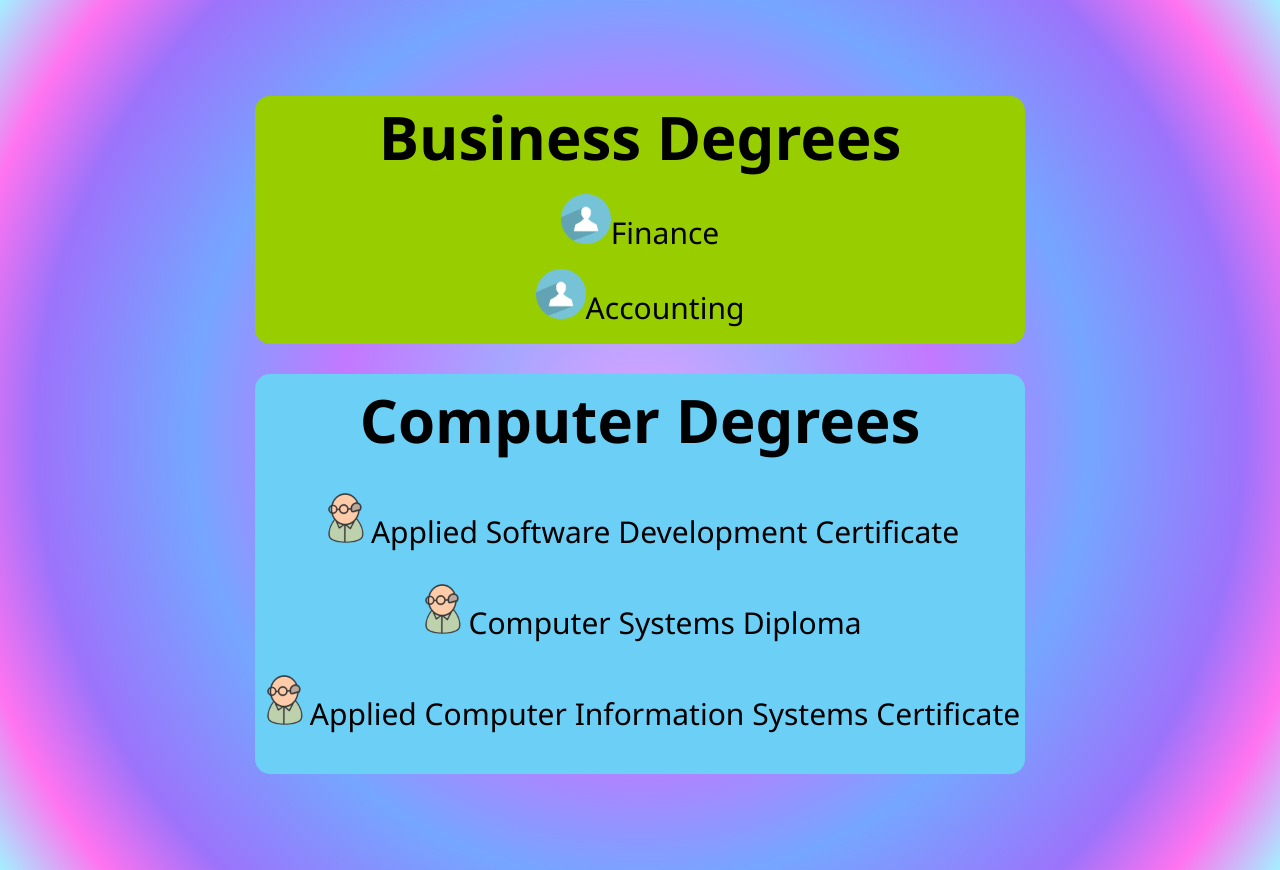
Repository: NeemaToto/mdia2109week3
Page: /
An editor plug-in stored every save of this project. The page is shown before and after the next save, followed by the edit.
The browser window is 1280 px wide. The pictures show the whole page.
The project was rebuilt for these pictures with package versions that can differ from the ones it lists, and the page was loaded fresh each time. The framework's server and built-in components were replaced by stand-ins that run in the browser. Also part of the build but not shown: next.config.js.

Above is the page before, as saved 2023-01-19 20:24:23.

### pages/index.js
import Head from 'next/head'
import Image from 'next/image'
import { Inter } from '@next/font/google'
import styles from '@/styles/Home.module.css'
import data from '../data/education.json'
import { useState } from 'react'
import Card from '../components/card'
import Link from 'next/link'

const inter = Inter({ subsets: ['latin'] })

export default function Home() {
  console.log(data);
  const [information, setInformation] = useState([...data]);

  return (
    <>
      <Head>
        <title>Departments of School</title>
        <meta name="description" content="Generated by create next app" />
        <meta name="viewport" content="width=device-width, initial-scale=1" />
        <link rel="icon" href="/degree-icon.png" />
      </Head>
      <main className={styles.main}>
        <div className={styles.degrees}>
          <div className={styles.businessContainer}>
            <h1 className={styles.h1business}>Business Degrees</h1>
            {
              information && information.map((info, index) => {
                if (info.department === "Business") {
                  return (
                    <Card key={index} degree={info.degree} colour="#98CE00" font="30px" />
                  )
                }
              })
            }
          </div>
          <div className={styles.computerContainer}>
            <h1>Computer Degrees</h1>
            {
              information && information.map((info, index) => {
                if (info.department === "Computing") {
                  return (
                    <Card key={index} degree={info.degree} colour="#6CCFF6" font="30px" />
                  )
                }
              })
            }
          </div>
        </div>
      </main>
    </>
  )
}

### styles/globals.css
:root {
  --max-width: 1100px;
  --border-radius: 12px;
  --font-mono: ui-monospace, Menlo, Monaco, 'Cascadia Mono', 'Segoe UI Mono',
    'Roboto Mono', 'Oxygen Mono', 'Ubuntu Monospace', 'Source Code Pro',
    'Fira Mono', 'Droid Sans Mono', 'Courier New', monospace;

  --foreground-rgb: 0, 0, 0;
  --background-start-rgb: 214, 219, 220;
  --background-end-rgb: 255, 255, 255;

  --primary-glow: conic-gradient(
    from 180deg at 50% 50%,
    #16abff33 0deg,
    #0885ff33 55deg,
    #54d6ff33 120deg,
    #0071ff33 160deg,
    transparent 360deg
  );
  --secondary-glow: radial-gradient(
    rgba(255, 255, 255, 1),
    rgba(255, 255, 255, 0)
  );

  --tile-start-rgb: 239, 245, 249;
  --tile-end-rgb: 228, 232, 233;
  --tile-border: conic-gradient(
    #00000080,
    #00000040,
    #00000030,
    #00000020,
    #00000010,
    #00000010,
    #00000080
  );

  --callout-rgb: 238, 240, 241;
  --callout-border-rgb: 172, 175, 176;
  --card-rgb: 180, 185, 188;
  --card-border-rgb: 131, 134, 135;
}

@media (prefers-color-scheme: dark) {
  :root {
    --foreground-rgb: 255, 255, 255;
    --background-start-rgb: 0, 0, 0;
    --background-end-rgb: 0, 0, 0;

    --primary-glow: radial-gradient(rgba(1, 65, 255, 0.4), rgba(1, 65, 255, 0));
    --secondary-glow: linear-gradient(
      to bottom right,
      rgba(1, 65, 255, 0),
      rgba(1, 65, 255, 0),
      rgba(1, 65, 255, 0.3)
    );

    --tile-start-rgb: 2, 13, 46;
    --tile-end-rgb: 2, 5, 19;
    --tile-border: conic-gradient(
      #ffffff80,
      #ffffff40,
      #ffffff30,
      #ffffff20,
      #ffffff10,
      #ffffff10,
      #ffffff80
    );

    --callout-rgb: 20, 20, 20;
    --callout-border-rgb: 108, 108, 108;
    --card-rgb: 100, 100, 100;
    --card-border-rgb: 200, 200, 200;
  }
}

* {
  box-sizing: border-box;
  padding: 0;
  margin: 0;
}

html,
body {
  max-width: 100vw;
  overflow-x: hidden;
}

body {
  color: rgb(var(--foreground-rgb));
  background: linear-gradient(
      to bottom,
      transparent,
      rgb(var(--background-end-rgb))
    )
    rgb(var(--background-start-rgb));
}

a {
  color: inherit;
  text-decoration: none;
}

@media (prefers-color-scheme: dark) {
  html {
    color-scheme: dark;
  }
}

### styles/Home.module.css
.main {
  display: flex;
  flex-direction: row;
  justify-content: center;
  align-items: center;
  padding: 6rem;
  min-height: 100vh;
  background: rgb(228,160,255);
  background: radial-gradient(circle, rgba(228,160,255,1) 0%, rgba(166,166,255,1) 20%, rgba(195,120,255,1) 39%, rgba(117,166,255,1) 58%, rgba(156,115,251,1) 78%, rgba(255,115,240,1) 89%, rgba(163,240,255,1) 100%);
}

.description {
  display: inherit;
  justify-content: inherit;
  align-items: inherit;
  font-size: 0.85rem;
  max-width: var(--max-width);
  width: 100%;
  z-index: 2;
  font-family: var(--font-mono);
}

.description a {
  display: flex;
  justify-content: center;
  align-items: center;
  gap: 0.5rem;
}

.description p {
  position: relative;
  margin: 0;
  padding: 1rem;
  background-color: rgba(var(--callout-rgb), 0.5);
  border: 1px solid rgba(var(--callout-border-rgb), 0.3);
  border-radius: var(--border-radius);
}

.code {
  font-weight: 700;
  font-family: var(--font-mono);
}

.grid {
  display: grid;
  grid-template-columns: repeat(4, minmax(25%, auto));
  width: var(--max-width);
  max-width: 100%;
}

.card {
  padding: 1rem 1.2rem;
  border-radius: var(--border-radius);
  background: rgba(var(--card-rgb), 0);
  border: 1px solid rgba(var(--card-border-rgb), 0);
  transition: background 200ms, border 200ms;
}

.card span {
  display: inline-block;
  transition: transform 200ms;
}

.card h2 {
  font-weight: 600;
  margin-bottom: 0.7rem;
}

.card p {
  margin: 0;
  opacity: 0.6;
  font-size: 0.9rem;
  line-height: 1.5;
  max-width: 30ch;
}

.center {
  display: flex;
  justify-content: center;
  align-items: center;
  position: relative;
  padding: 4rem 0;
}

.center::before {
  background: var(--secondary-glow);
  border-radius: 50%;
  width: 480px;
  height: 360px;
  margin-left: -400px;
}

.center::after {
  background: var(--primary-glow);
  width: 240px;
  height: 180px;
  z-index: -1;
}

.center::before,
.center::after {
  content: '';
  left: 50%;
  position: absolute;
  filter: blur(45px);
  transform: translateZ(0);
}

.logo,
.thirteen {
  position: relative;
}

.thirteen {
  display: flex;
  justify-content: center;
  align-items: center;
  width: 75px;
  height: 75px;
  padding: 25px 10px;
  margin-left: 16px;
  transform: translateZ(0);
  border-radius: var(--border-radius);
  overflow: hidden;
  box-shadow: 0px 2px 8px -1px #0000001a;
}

.thirteen::before,
.thirteen::after {
  content: '';
  position: absolute;
  z-index: -1;
}

/* Conic Gradient Animation */
.thirteen::before {
  animation: 6s rotate linear infinite;
  width: 200%;
  height: 200%;
  background: var(--tile-border);
}

/* Inner Square */
.thirteen::after {
  inset: 0;
  padding: 1px;
  border-radius: var(--border-radius);
  background: linear-gradient(
    to bottom right,
    rgba(var(--tile-start-rgb), 1),
    rgba(var(--tile-end-rgb), 1)
  );
  background-clip: content-box;
}

/* Enable hover only on non-touch devices */
@media (hover: hover) and (pointer: fine) {
  .card:hover {
    background: rgba(var(--card-rgb), 0.1);
    border: 1px solid rgba(var(--card-border-rgb), 0.15);
  }

  .card:hover span {
    transform: translateX(4px);
  }
}

@media (prefers-reduced-motion) {
  .thirteen::before {
    animation: none;
  }

  .card:hover span {
    transform: none;
  }
}

/* Mobile */
@media (max-width: 700px) {
  .content {
    padding: 4rem;
  }

  .grid {
    grid-template-columns: 1fr;
    margin-bottom: 120px;
    max-width: 320px;
    text-align: center;
  }

  .card {
    padding: 1rem 2.5rem;
  }

  .card h2 {
    margin-bottom: 0.5rem;
  }

  .center {
    padding: 8rem 0 6rem;
  }

  .center::before {
    transform: none;
    height: 300px;
  }

  .description {
    font-size: 0.8rem;
  }

  .description a {
    padding: 1rem;
  }

  .description p,
  .description div {
    display: flex;
    justify-content: center;
    position: fixed;
    width: 100%;
  }

  .description p {
    align-items: center;
    inset: 0 0 auto;
    padding: 2rem 1rem 1.4rem;
    border-radius: 0;
    border: none;
    border-bottom: 1px solid rgba(var(--callout-border-rgb), 0.25);
    background: linear-gradient(
      to bottom,
      rgba(var(--background-start-rgb), 1),
      rgba(var(--callout-rgb), 0.5)
    );
    background-clip: padding-box;
    backdrop-filter: blur(24px);
  }

  .description div {
    align-items: flex-end;
    pointer-events: none;
    inset: auto 0 0;
    padding: 2rem;
    height: 200px;
    background: linear-gradient(
      to bottom,
      transparent 0%,
      rgb(var(--background-end-rgb)) 40%
    );
    z-index: 1;
  }
}

/* Tablet and Smaller Desktop */
@media (min-width: 701px) and (max-width: 1120px) {
  .grid {
    grid-template-columns: repeat(2, 50%);
  }
}

@media (prefers-color-scheme: dark) {
  .vercelLogo {
    filter: invert(1);
  }

  .logo,
  .thirteen img {
    filter: invert(1) drop-shadow(0 0 0.3rem #ffffff70);
  }
}

@keyframes rotate {
  from {
    transform: rotate(360deg);
  }
  to {
    transform: rotate(0deg);
  }
}

.degrees{
  font-size: 30px;
  text-align: center;
  font-family: 'Segoe UI', Tahoma, Geneva, Verdana, sans-serif;
  display: flex;
  flex-direction: column;
  justify-content: center;
  gap: 30px;
}

.businessContainer{
  display: flex;
  flex-direction: column;
  gap: 1rem;
  padding-bottom: 1rem;
  background-color: #98CE00;
  border-radius: 15px;
}

.computerContainer{
  display: flex;
  flex-direction: column;
  background-color: #6CCFF6;
  gap: 2rem;
  border-radius: 15px;
  height: 25rem;
  padding: 5px;
}

### data/education.json
[
        {
            "studentNumber": "A0004567",
            "firstName": "Person 1",
            "gpa": 3.8,
            "department": "Business",
            "degree": "Finance",
            "graduted": 2014
        },
        {
            "studentNumber": "A0001234",
            "firstName": "Person 2",
            "gpa": 3.5,
            "department": "Business",
            "degree": "Accounting",
            "graduted": 2010
        },
        {
            "studentNumber": "A0007890",
            "firstName": "Person 3",
            "gpa": 3.2,
            "department": "Computing",
            "degree": "Applied Software Development Certificate",
            "graduted": 2018
        },
        {
            "studentNumber": "A0007828",
            "firstName": "Person 4",
            "gpa": 3.9,
            "department": "Computing",
            "degree": "Computer Systems Diploma",
            "graduted": 2021
        },
        {
            "studentNumber": "A0003425",
            "firstName": "Person 5",
            "gpa": 3.2,
            "department": "Computing",
            "degree": "Applied Computer Information Systems Certificate",
            "graduted": 2021
        }
]

### components/card/index.js
export default function Card({
    degree = "none",
    colour = "purple",
    font = 0,
    image = 'icon/personTwo.png'
}){
    return(
        <div style={{backgroundColor: colour, fontSize: font}}>
            {
                colour === "#98CE00" ? <img src={'icon/person.png'} width="50"/> :
                colour === "#6CCFF6" ? <img src={'icon/personThree.png'} width="50"/> :
                                    <img src={image} width="50"/>
            }
            {degree}
        </div>
    )
}

Loaded but not shown: pages/_app.js (common file); pages/_document.js (common file)

After the next save:
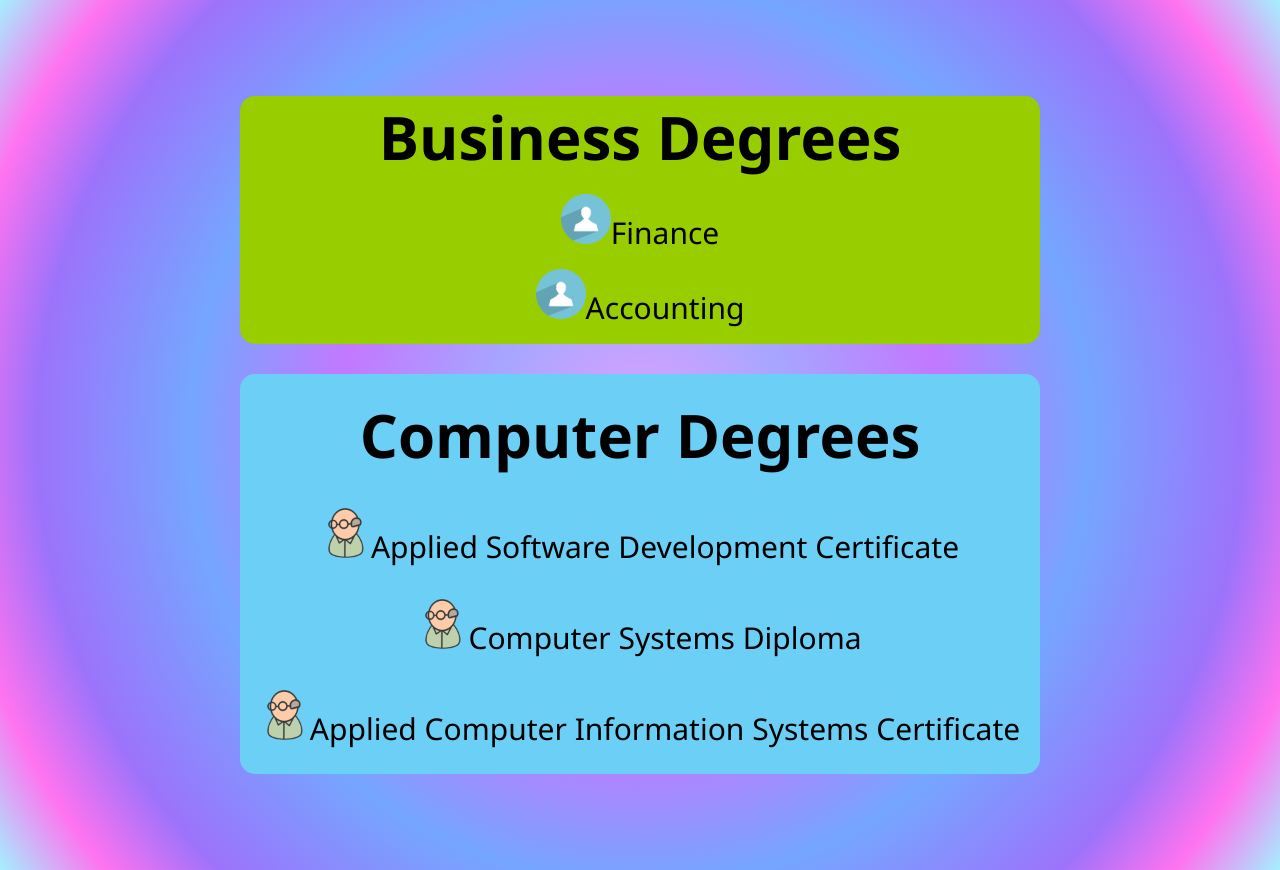
Saved 4 s later.
--- a/styles/Home.module.css
+++ b/styles/Home.module.css
@@ -305,5 +305,5 @@
   gap: 2rem;
   border-radius: 15px;
   height: 25rem;
-  padding: 5px;
-}
+  padding: 20px;
+}
